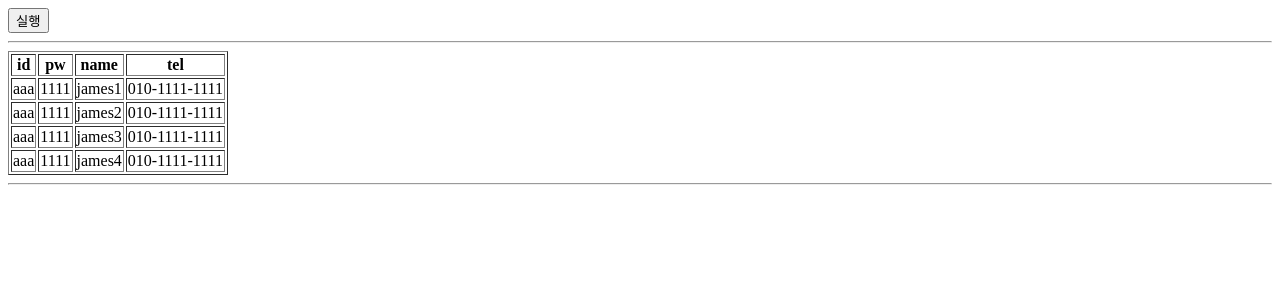
Repository: jinseon5462/Study_Jsp2
Page: http://localhost/ajax_crud/listView.jsp
The author's editor kept a copy of each file at every save. The page is drawn from the files as they stood at one save, then again after the next save.
The browser window is 1280 px wide. The pictures show the whole page.
After loading, the first visible `#btn` was clicked once.
The page is served by Tomcat 9. Queries for data that is not in the repository find no rows.

Above is the page before, as saved 2023-01-03 12:41:28.
Console error: TypeError: Cannot read properties of undefined (reading 'id')

After the next save:
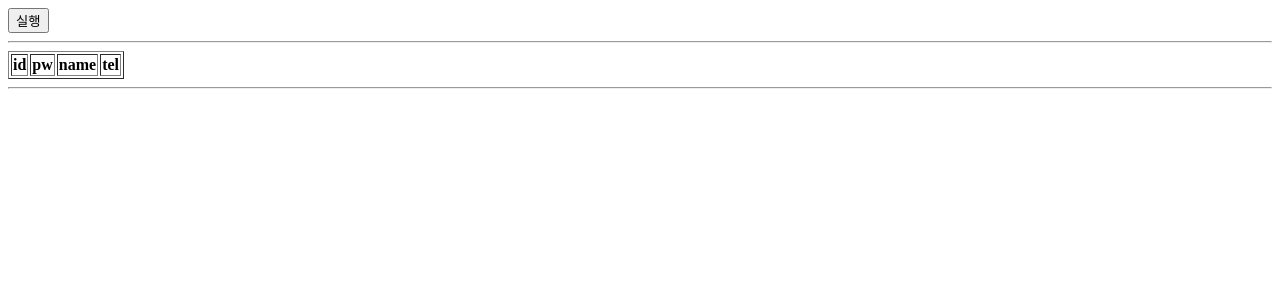
The error is gone.
Saved 2 min 25 s later.
--- a/jsp_ws/ajax_crud/src/main/webapp/listView.jsp
+++ b/jsp_ws/ajax_crud/src/main/webapp/listView.jsp
@@ -41,7 +41,7 @@
 				tbody.innerHTML += "<tr><td>" + obj[i].id + "</td><td>" + obj[i].pw + "</td><td>" + obj[i].name + "</td><td>" + obj[i].tel + "</td></tr>";
 			}
 		}
-		xhttp.open("GET", "text.txt");
+		xhttp.open("GET", "getlist.do");
 		xhttp.send();
 	}
 </script>
